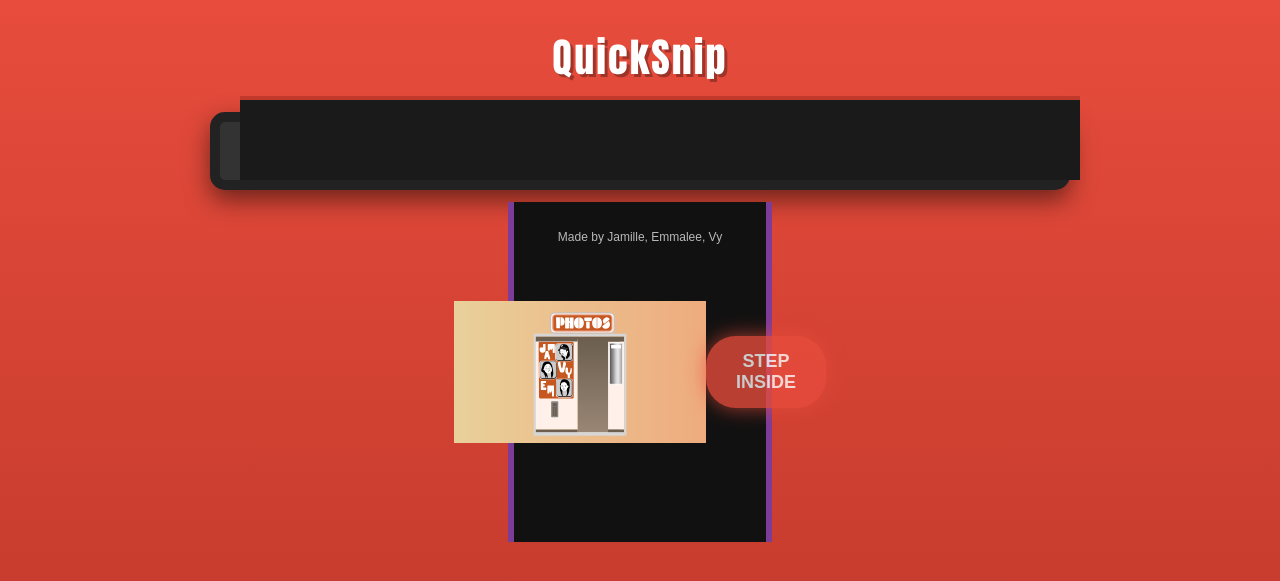
Repository: Strawb3rryjam/QuickSnip
Page: index.html
The author's editor kept a copy of each file at every save. The page is drawn from the files as they stood at one save, then again after the next save.
The browser window is 1280 px wide. The pictures show the whole page.

Above is the page before, as saved 2025-05-08 13:45:26.

After the next save:
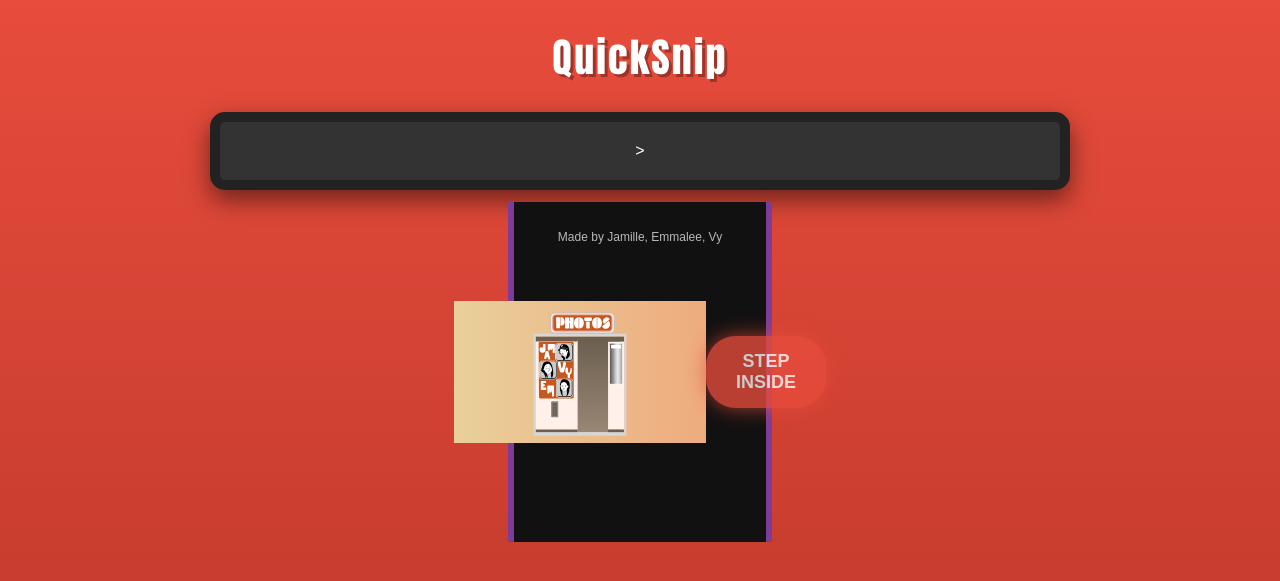
Saved 104 s later.
--- a/index.html
+++ b/index.html
@@ -17,7 +17,7 @@
                 <img src="/assets/Photobooth.svg" alt="Description of the image">
                 <button id="enterBoothButton">Step Inside</button>
             </div>
-            <div class="booth-base"></div>
+
         </div>>
 
 
